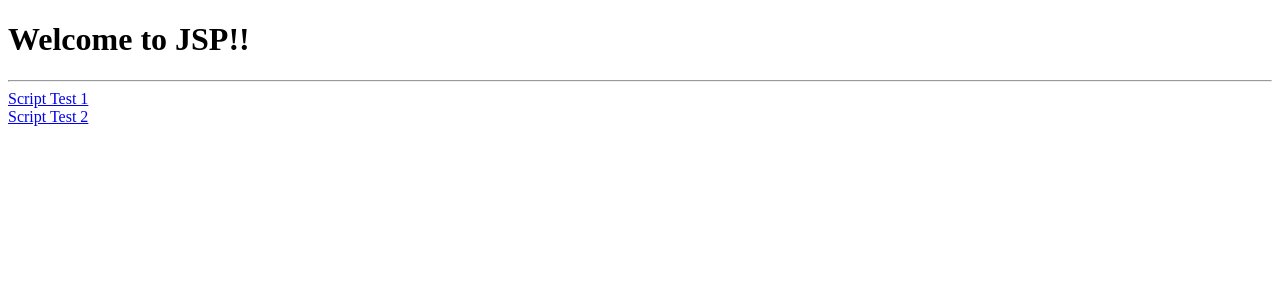
Repository: minjuleee/Server_study
Page: http://localhost/web/index.jsp
The author's editor kept a copy of each file at every save. The page is drawn from the files as they stood at one save, then again after the next save.
The browser window is 1280 px wide. The pictures show the whole page.
The page is served by Tomcat 10. Other server files are loaded and not shown.

Above is the page before, as saved 2025-11-18 12:20:12.

### dev/web/src/main/webapp/index.jsp
<%@ page language="java" contentType="text/html; charset=UTF-8"
    pageEncoding="UTF-8"%>
<!DOCTYPE html>
<html>
<head>
<meta charset="UTF-8">
<title>Insert title here</title>
</head>
<body>
	<% String title = "Welcome to JSP!!"; %>
	<h1><%=title %></h1>
	<hr>
	<a href="01_script_test.jsp">Script Test 1</a><br/>
	<a href="02_script_test.jsp">Script Test 2</a>

</body>
</html>

After the next save:
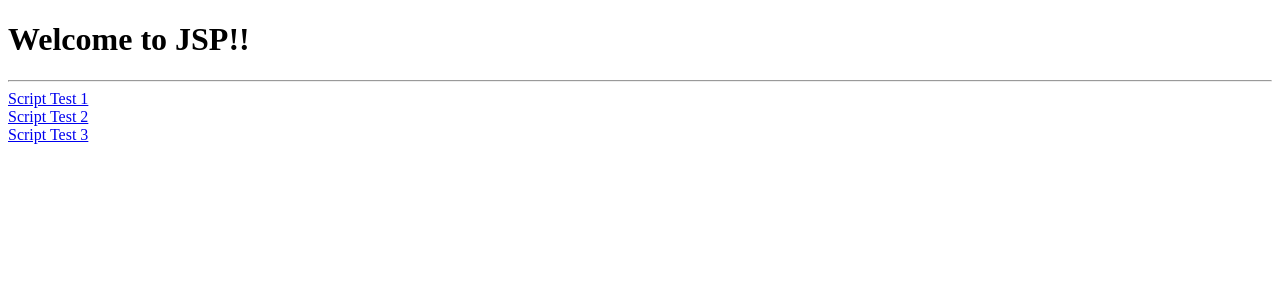
Saved 22 s later.
--- a/dev/web/src/main/webapp/index.jsp
+++ b/dev/web/src/main/webapp/index.jsp
@@ -11,7 +11,8 @@
 	<h1><%=title %></h1>
 	<hr>
 	<a href="01_script_test.jsp">Script Test 1</a><br/>
-	<a href="02_script_test.jsp">Script Test 2</a>
+	<a href="02_script_test.jsp">Script Test 2</a><br/>
+	<a href="03_script_test.jsp">Script Test 3</a><br/>
 
 </body>
 </html>
